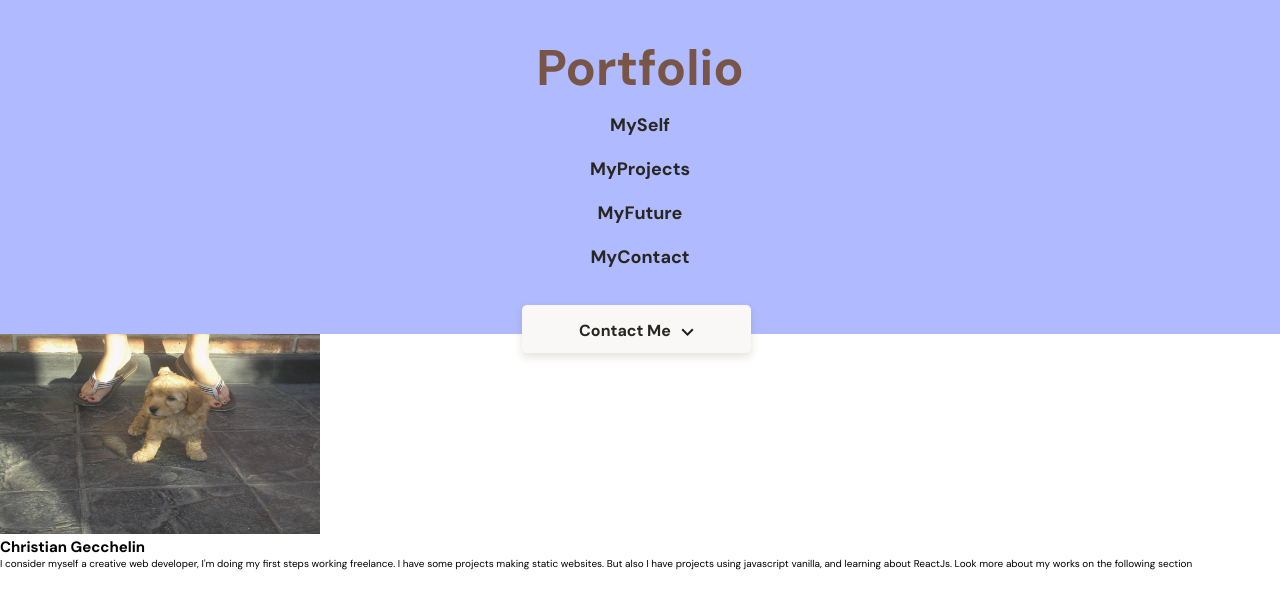
Repository: ChristianGecchelin/PortfolioOnline
Page: index.html
An editor plug-in stored every save of this project. The page is shown before and after the next save, followed by the edit.
The browser window is 1280 px wide. The pictures show the whole page.

Above is the page before, as saved 2022-01-08 20:05:15.

### index.html
<!DOCTYPE html>
<html lang="en">
  <head>
    <meta charset="UTF-8" />
    <meta http-equiv="X-UA-Compatible" content="IE=edge" />
    <meta name="viewport" content="width=device-width, initial-scale=1.0" />
    <title>Portfolio Christian</title>
    <link rel="preconnect" href="https://fonts.googleapis.com" />
    <link rel="preconnect" href="https://fonts.gstatic.com" crossorigin />
    <link
      href="https://fonts.googleapis.com/css2?family=DM+Sans:wght@400;500;700&family=Inter:wght@300;500&display=swap"
      rel="stylesheet"
    />
    <link rel="stylesheet" href="./styles/styles.css" />
  </head>
  <body>
    <header>
      <nav>
        <h1>Portfolio</h1>
        <ul class="list-container">
          <li class="list-container-link">
            <a class="" href="">MySelf</a>
          </li>
          <li class="list-container-link">
            <a class="" href="">MyProjects</a>
          </li>
          <li class="list-container-link">
            <a class="" href="">MyFuture</a>
          </li>
          <li class="list-container-link">
            <a class="" href="">MyContact</a>
          </li>
        </ul>
        <a class="header--nav-button" href="#MyContact">
          Contact Me<span></span
        ></a>
      </nav>
    </header>
    <main>
      <section class="principalContainer-mySelf"></section>
      <div class="principalContainer-mySelf--image">
        <img class="image-cv" src="./assets/images/IMG_4340.JPG" alt="" />
      </div>
      <div class="principalContainer-mySelf--information">
        <h2>Christian Gecchelin</h2>
        <p>
          I consider myself a creative web developer, I'm doing my first steps
          working freelance. I have some projects making static websites. But
          also I have projects using javascript vanilla, and learning about
          ReactJs. Look more about my works on the following section
        </p>
      </div>
      <section class="principalContainer-myProject"></section>
      <section class="principalContainer-myFuture"></section>
      <section class="principalContainer-myContact"></section>
    </main>
  </body>
</html>

### styles/styles.css
:root {
  --strong-orange: #f7931a;
  --soft-orange: #ffe9d5;
  --secondary-blue: #1a9af7;
  --soft-blue: #e7f5ff;
  --warm-black: #201e1c;
  --black: #282623;
  --grey: #bababa;
  --off-white: #faf8f7;
  --just-white: #fff;
  --light-violet: #b0bbff;
  --strong-violet: #5764b3;
  --skin-color: #ffecb0;
  --yellow-skin-color: #fff3c9;
  --almost-brown: #b3a169;
}
* {
  box-sizing: border-box;
  margin: 0;
  padding: 0;
}
html {
  font-size: 62.5%;
  font-family: "DM Sans", sans-serif;
}
header {
  display: flex;
  flex-direction: column;
  justify-content: center;
  height: 334px;
  background: var(--light-violet);
  text-align: center;
}
header nav {
  flex-direction: column;
  justify-content: center;
  width: 90%;
  min-width: 288px;
  height: 218px;
  align-self: center;
  text-align: center;
  margin-top: -30px;
}
header nav h1 {
  font-size: 5rem;
  font-weight: 700;
  line-height: 5rem;
  color: #795548;
}

header nav .list-container-link {
  margin-top: 20px;
  list-style: none;
}
header nav .list-container-link a {
  font-size: 1.8rem;
  font-weight: 700;
  line-height: 2.4rem;
  text-decoration: none;
  color: var(--black);
}

header nav .header--nav-button {
  position: absolute;
  top: 270px;
  left: calc(50% - 118px);
  display: block;
  margin-top: 35px;
  padding: 15px;
  width: 229px;
  height: 48px;
  background-color: var(--off-white);
  font-size: 1.6rem;
  font-weight: 700;
  text-decoration: none;
  color: var(--black);
  box-shadow: 0px 4px 8px rgba(89, 73, 30, 0.16);
  border: none;
  border-radius: 5px;
}
header nav .header--nav-button span {
  display: inline-block;
  width: 13px;
  height: 8px;
  margin-left: 10px;
  background-image: url(../assets/icons/down-arrow.svg);
}
main {
  width: 100%;
  height: auto;
}
main .principalContainer-mySelf {
  display: flex;
  flex-direction: column;
  justify-content: center;
  width: 90%;
  min-width: 320px;
  height: auto;
}
.principalContainer-mySelf--image .image-cv {
  width: 320px;
  height: 200px;
}

After the next save:
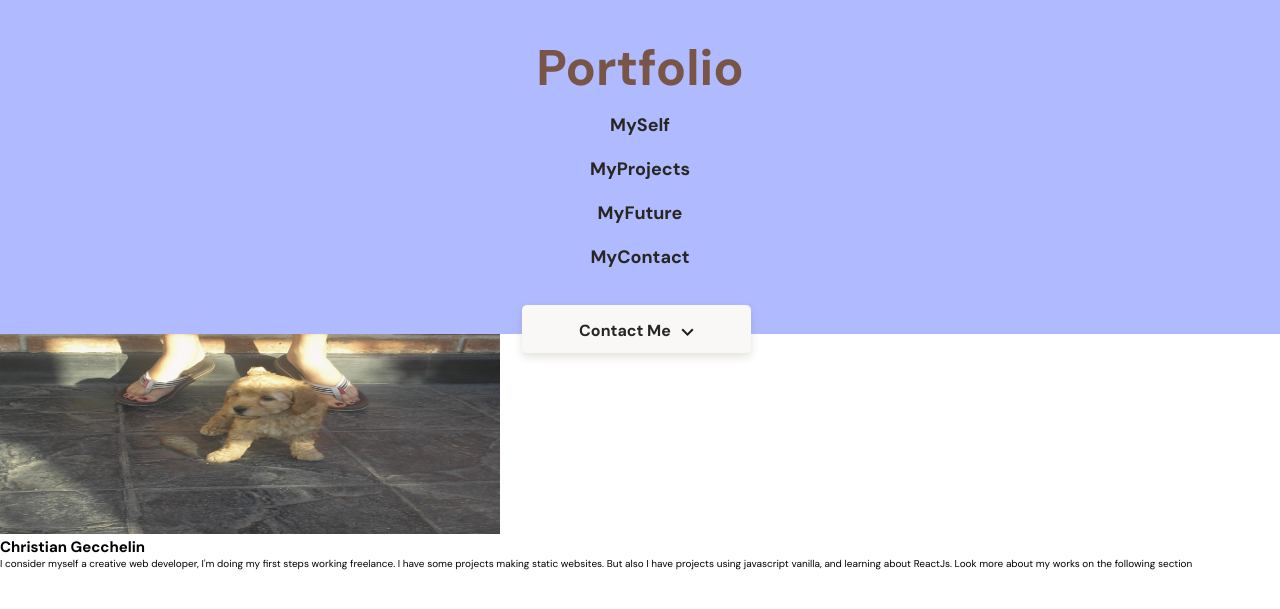
Saved 33 s later.
--- a/styles/styles.css
+++ b/styles/styles.css
@@ -98,6 +98,7 @@ main .principalContainer-mySelf {
   height: auto;
 }
 .principalContainer-mySelf--image .image-cv {
-  width: 320px;
+  width: 500px;
+  min-width: 320px;
   height: 200px;
 }
